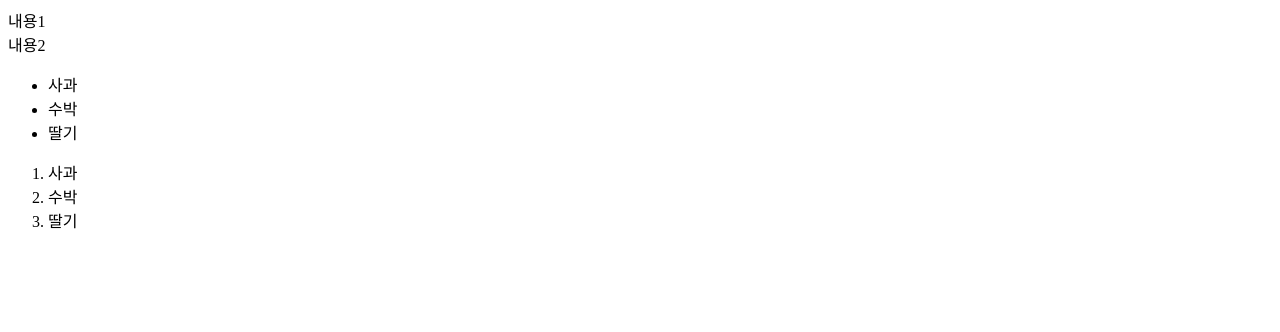
Repository: popconnect/jQuery
Page: http://localhost/jqueryEx01/jquery11.jsp
These files come from the project's save history. The page is drawn as it stood at one moment and after the next save; the edit follows.
The browser window is 1280 px wide. The pictures show the whole page.
The page is served by Tomcat 9.

Above is the page before, as saved 2023-05-15 07:19:10.

### jqueryEx01/src/main/webapp/jquery11.jsp
<%@ page language="java" contentType="text/html; charset=UTF-8"
	pageEncoding="UTF-8"%>
<!DOCTYPE html>
<html>
<head>
<meta charset="UTF-8">
<title>Insert title here</title>

<script src="https://ajax.googleapis.com/ajax/libs/jquery/3.6.4/jquery.min.js"></script>
<script type="text/javascript">
//window.jquery => jquery => $
	$(document).ready(function() {
		//parent() / children()
		//prev() / next()
		//sibling()
		$( 'l1' ).css('color', 'red');
	});


</script>
</head>
<div>
	<div>내용1</div>
	<div>내용2</div>
	<div id='d1'>
	<ul>
		<li id='l1'>사과</li>
		<li>수박</li>
		<li>딸기</li>
	</ul>
	<ol>
		<li id='l2'>사과</li>
		<li>수박</li>
		<li>딸기</li>
	</ol>
	</div>
</div>
</body>
</html>

After the next save:
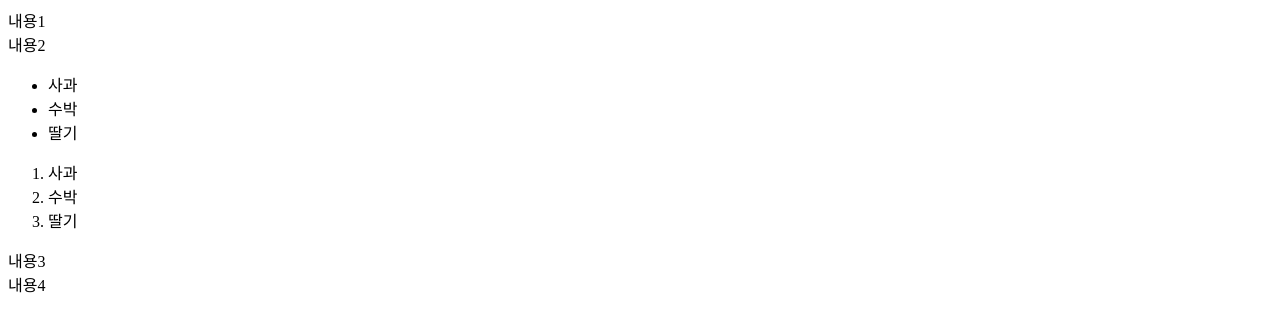
Saved 26 s later.
--- a/jqueryEx01/src/main/webapp/jquery11.jsp
+++ b/jqueryEx01/src/main/webapp/jquery11.jsp
@@ -34,6 +34,8 @@
 		<li>딸기</li>
 	</ol>
 	</div>
+	<div>내용3</div>
+	<div>내용4</div>
 </div>
 </body>
 </html>
